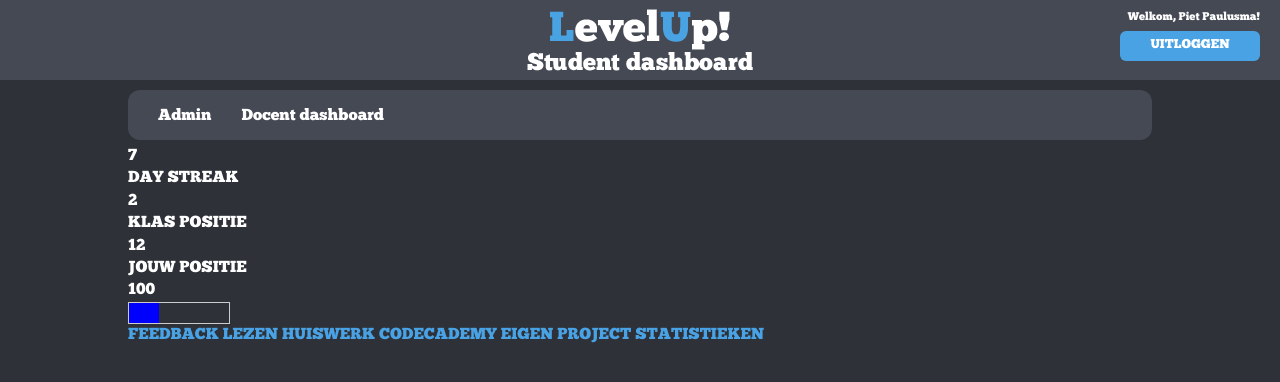
Repository: boblanckenburg/levelup
Page: website/src/index.html
The author's editor kept a copy of each file at every save. The page is drawn from the files as they stood at one save, then again after the next save.
The browser window is 1280 px wide. The pictures show the whole page.

Above is the page before, as saved 2014-10-07 15:06:56.

### website/src/index.html
<!doctype html>
<html class="no-js" id="html" lang="">
    <head>
        <meta charset="utf-8">
        <meta http-equiv="X-UA-Compatible" content="IE=edge">
        <title>LevelUp</title>
        <meta name="description" content="">
        <meta name="viewport" content="width=device-width, initial-scale=1">

        <!-- Place favicon.ico and apple-touch-icon(s) in the root directory -->

        <link rel="stylesheet" href="css/main.css">
        <script src="js/main.js"></script>
        <script src="js/vendor/modernizr-2.8.3.min.js"></script>
    </head>
    <body>
        <!--[if lt IE 8]>
            <p class="browsehappy">You are using an <strong>outdated</strong> browser. Please <a href="http://browsehappy.com/">upgrade your browser</a> to improve your experience.</p>
        <![endif]-->

		<div class="dashboard">
			<section class="header">
				<div id="welcome">
					<p>Welkom, Piet Paulusma!</p>
					<a href="">UITLOGGEN</a>
				</div>
			</section>
			<section class="menu">
				<a>Admin</a>
				<a>Docent dashboard</a>
			</section>
			<div class="content">

				<section class="streaks">
					<div class="streakitem">
						<div class="score" id="day">7</div>
						<div class="arrow"><div class="name">DAY STREAK</div></div>
					</div>
					<div class="streakitem">
						<div class="score" id="class">2</div>
						<div class="arrow"><div class="name">KLAS POSITIE</div></div>
					</div>
					<div class="streakitem">
						<div class="score" id="indv">12</div>
						<div class="arrow"><div class="name">JOUW POSITIE</div></div>
					</div>
				</section>

				<section class="levelcounter">
					<div class="image">
						<div class="score">100</div>
					</div>

					<div id="progress" style="position:relative; width:100px; height:20px; border:1px solid #cccccc;">
					   <p style="position:absolute; left:0; top:0; background-color:#0000ff; height:100%; width:30%; font-size:0px;">&nbsp;</p>
					</div>
				</section>

				<section class="actionbar">
					<a>FEEDBACK LEZEN</a>
					<a>HUISWERK</a>
					<a>CODECADEMY</a>
					<a>EIGEN PROJECT</a>
					<a>STATISTIEKEN</a>
				</section>

			</div>
		</div>
    </body>
</html>

### website/src/css/main.css
/*
 * What follows is the result of much research on cross-browser styling.
 * Credit left inline and big thanks to Nicolas Gallagher, Jonathan Neal,
 * Kroc Camen, and the H5BP dev community and team.
 */

/* ==========================================================================
   Base styles: opinionated defaults
   ========================================================================== */

/*
bg-gray: #2e3138;
bg-light-gray: #454954;
bg-blue: #49a2e4;
neon-blue: #01d1ff;
*/

html {
    color: #222;
    font-size: 1em;
    line-height: 1.4;
	margin: 0px;
	background: #2e3138;
	color: white;
	text-decoration: none;
	font-weight: normal;
}

/* ==========================================================================
   Author's custom styles
   ========================================================================== */


@font-face {
    font-family: chunkfivefont;
    src: url(Chunkfive.otf);
}


body {
    font-family: chunkfivefont;
    color: white;
    height:100%;
	margin: 0px;
	overflow-x: scroll;
	overflow-style: marquee-line;
}

a
{
	color: #49a2e4;

}

h1, h2, h3
{
	font-weight: normal;
}

.dashboard,
{
	height:100%;
	width:100%;
}

.content
{
	height: 100%;
	width: 100%;
}

.header
{
    background: #454953;
	width: 100%;
	height:80px;
	margin: 0px auto 0px auto;

	background-image: url('../img/dashboardlogo.png');
	background-position: center;
	background-repeat: no-repeat;
	background-color: #454954;
}

.header #welcome
{
	width: 200px;
	float:right;
	color: white;
	margin 0px auto 0px auto;
	padding: 0px 10px 0px 0px;
}

.header #welcome p
{
	float: right;
	display: block;
	font-size: 0.7em;
	margin: 10px 10px 5px 0px;
}

.header #welcome a
{
	float: right;
	display: block;
	height:20px;
	width: 100px;
	text-align: center;
	font-size: 0.8em;
	color: white;
	text-decoration: none;
	padding:5px 20px 5px 20px;
	margin: 0px 10px 0px 0px;

	background-color: #49a2e4;
	border-radius: 6px;
}

.menu
{
    background: #2e3138;
	width:80%;
	height:100%;
	min-height:50px;
	margin: 10px auto 5px auto;
	background: #454954;
	border-radius: 12px;
	display: block;
}

.menu a, a:visited
{
	display: block;
	float:left;
	height: 35px;
	text-align: center;
	padding: 15px 0px 0px 30px;
	text-decoration: none;
	color: white;
}

.menu a:hover
{
	color: #49a2e4;
}

.content {
	width: 80%;
	height: 350px;
	margin: auto;
}

.container {
	margin: 0px auto 0px auto;
	width:100%;
	display: inline;
}


/* ==========================================================================
   Helper classes
   ========================================================================== */

/*
 * Hide visually and from screen readers: h5bp.com/u
 */

.hidden {
    display: none !important;
    visibility: hidden;
}

/*
 * Hide only visually, but have it available for screen readers: h5bp.com/v
 */

.visuallyhidden {
    border: 0;
    clip: rect(0 0 0 0);
    height: 1px;
    margin: -1px;
    overflow: hidden;
    padding: 0;
    position: absolute;
    width: 1px;
}

/*
 * Extends the .visuallyhidden class to allow the element to be focusable
 * when navigated to via the keyboard: h5bp.com/p
 */

.visuallyhidden.focusable:active,
.visuallyhidden.focusable:focus {
    clip: auto;
    height: auto;
    margin: 0;
    overflow: visible;
    position: static;
    width: auto;
}

/*
 * Hide visually and from screen readers, but maintain layout
 */

.invisible {
    visibility: hidden;
}

/*
 * Clearfix: contain floats
 *
 * For modern browsers
 * 1. The space content is one way to avoid an Opera bug when the
 *    `contenteditable` attribute is included anywhere else in the document.
 *    Otherwise it causes space to appear at the top and bottom of elements
 *    that receive the `clearfix` class.
 * 2. The use of `table` rather than `block` is only necessary if using
 *    `:before` to contain the top-margins of child elements.
 */

.clearfix:before,
.clearfix:after {
    content: " "; /* 1 */
    display: table; /* 2 */
}

.clearfix:after {
    clear: both;
}

/* ==========================================================================
   EXAMPLE Media Queries for Responsive Design.
   These examples override the primary ('mobile first') styles.
   Modify as content requires.
   ========================================================================== */

@media only screen and (min-width: 35em) {
    /* Style adjustments for viewports that meet the condition */
}

@media print,
       (-o-min-device-pixel-ratio: 5/4),
       (-webkit-min-device-pixel-ratio: 1.25),
       (min-resolution: 120dpi) {
    /* Style adjustments for high resolution devices */
}

/* ==========================================================================
   Print styles.
   Inlined to avoid the additional HTTP request: h5bp.com/r
   ========================================================================== */

@media print {
    *,
    *:before,
    *:after {
        background: transparent !important;
        color: #000 !important; /* Black prints faster: h5bp.com/s */
        box-shadow: none !important;
        text-shadow: none !important;
    }

    a,
    a:visited {
        text-decoration: underline;
    }

    a[href]:after {
        content: " (" attr(href) ")";
    }

    abbr[title]:after {
        content: " (" attr(title) ")";
    }

    /*
     * Don't show links that are fragment identifiers,
     * or use the `javascript:` pseudo protocol
     */

    a[href^="#"]:after,
    a[href^="javascript:"]:after {
        content: "";
    }

    pre,
    blockquote {
        border: 1px solid #999;
        page-break-inside: avoid;
    }

    thead {
        display: table-header-group; /* h5bp.com/t */
    }

    tr,
    img {
        page-break-inside: avoid;
    }

    img {
        max-width: 100% !important;
    }

    p,
    h2,
    h3 {
        orphans: 3;
        widows: 3;
    }

    h2,
    h3 {
        page-break-after: avoid;
    }
}

### website/src/js/main.js

//set up height of the html element so 100% height spans the entire screen
document.getElementById("html").style.height=window.innerHeight+"px";

Loaded but not shown: website/src/js/vendor/modernizr-2.8.3.min.js (library)

After the next save:
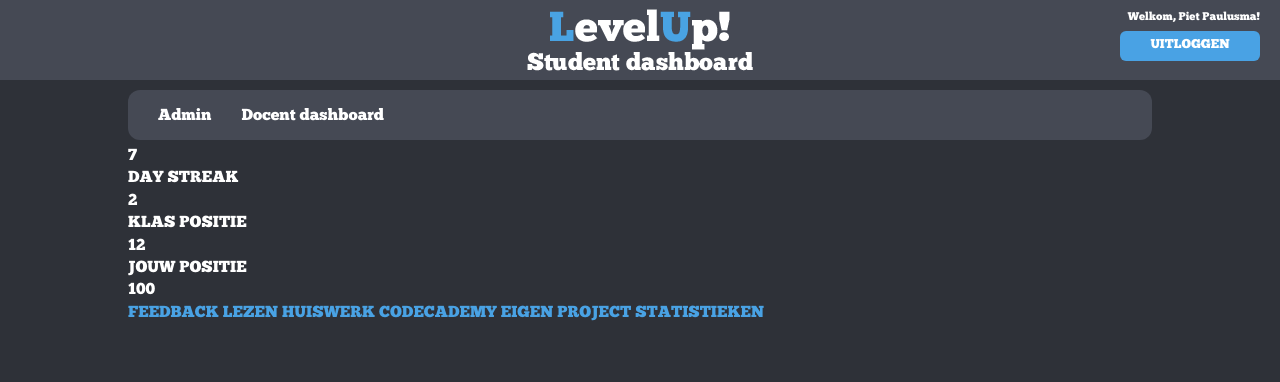
Saved 2 min 10 s later.
--- a/website/src/index.html
+++ b/website/src/index.html
@@ -51,9 +51,10 @@
 						<div class="score">100</div>
 					</div>
 
-					<div id="progress" style="position:relative; width:100px; height:20px; border:1px solid #cccccc;">
-					   <p style="position:absolute; left:0; top:0; background-color:#0000ff; height:100%; width:30%; font-size:0px;">&nbsp;</p>
+					<div class="progress-bar blue stripes">
+					    <span style="width: 40%"></span>
 					</div>
+
 				</section>
 
 				<section class="actionbar">
